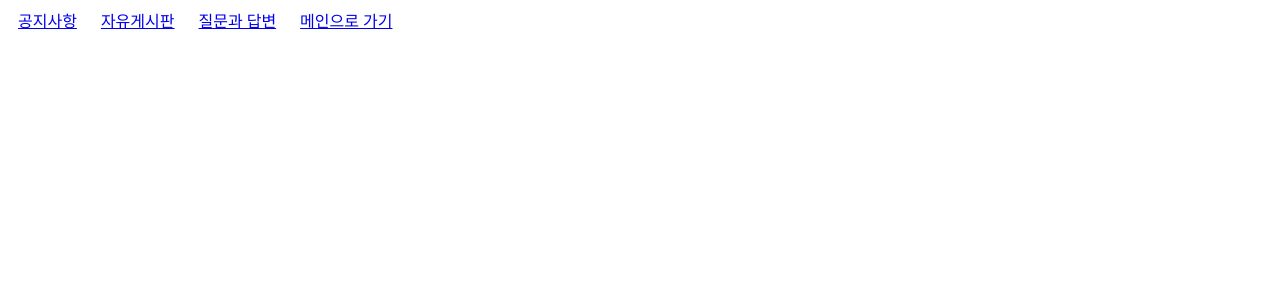
Repository: shingiyeon/jsp
Page: http://localhost/Article_DB_project/jsp/notice.jsp
The author's editor kept a copy of each file at every save. The page is drawn from the files as they stood at one save, then again after the next save.
The browser window is 1280 px wide. The pictures show the whole page.
The page is served by Tomcat 9. Other server files are loaded and not shown.

Above is the page before, as saved 2019-05-25 06:48:04.

### workspace/Article_DB_project/WebContent/jsp/notice.jsp
<%@ page language="java" contentType="text/html; charset=UTF-8"
    pageEncoding="UTF-8"%>
<!DOCTYPE html>
<html>
<head>
<meta charset="UTF-8">
<title>공지사항 입니다.</title>
<style>
	header > a {
		margin: 0 10px;
	}
</style>
</head>
<body>
	<%@ include file="./map.jsp"%>
</body>
</html>

### workspace/Article_DB_project/WebContent/jsp/map.jsp
<%@ page language="java" contentType="text/html; charset=UTF-8"
    pageEncoding="UTF-8"%>
<!DOCTYPE html>
<html>
<head>
<meta charset="UTF-8">
<title>Insert title here</title>
<style>
	header > a {
		margin: 0 10px;
	}
</style>
</head>
<body>
	<header>
		<a href="./notice.jsp">공지사항</a>
		<a href="./board.jsp">자유게시판</a>
		<a href="./QnA.jsp">질문과 답변</a>
		<a href="./index.jsp">메인으로 가기</a>
	</header>
</body>
</html>

After the next save:
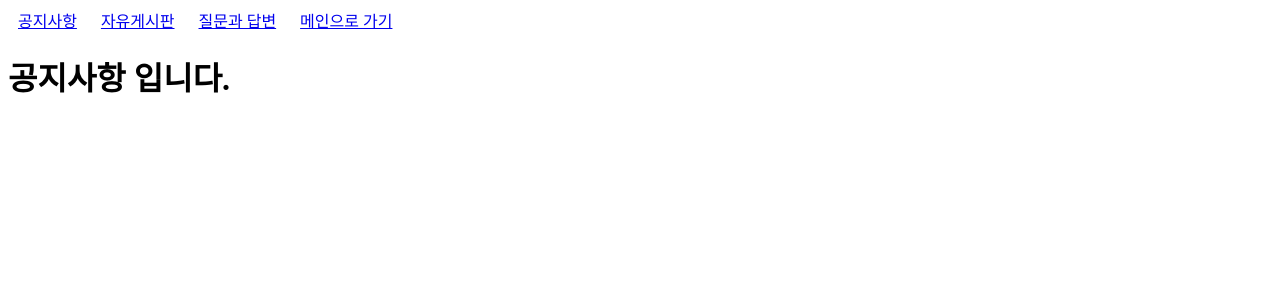
Saved 10 s later.
--- a/workspace/Article_DB_project/WebContent/jsp/notice.jsp
+++ b/workspace/Article_DB_project/WebContent/jsp/notice.jsp
@@ -13,5 +13,6 @@
 </head>
 <body>
 	<%@ include file="./map.jsp"%>
+	<h1>공지사항 입니다.</h1>
 </body>
 </html>
